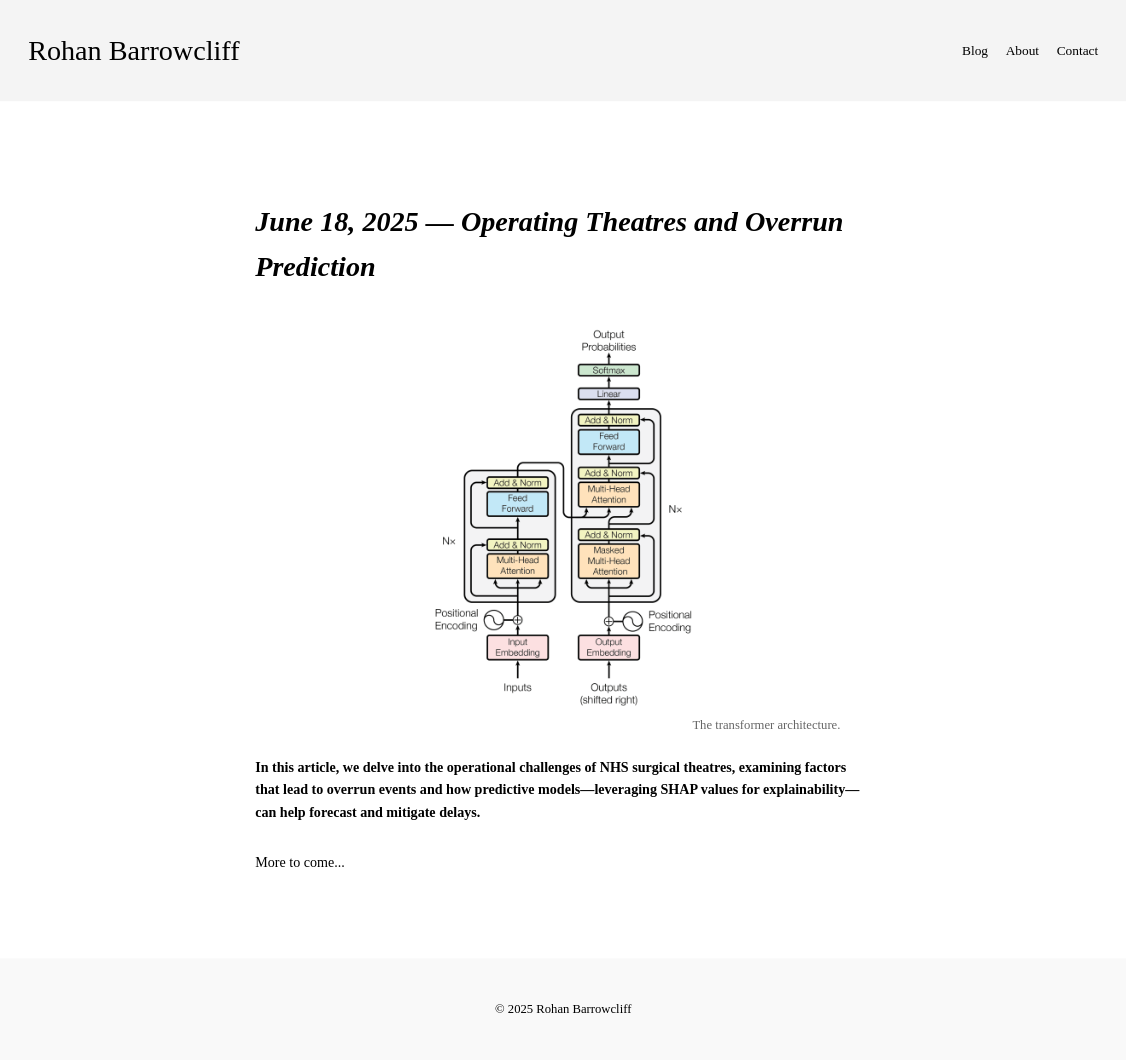
Repository: rgbweston/rgbweston.github.io
Page: operating-theatres-overrun-prediction.html
The author's editor kept a copy of each file at every save. The page is drawn from the files as they stood at one save, then again after the next save.
The browser window is 1280 px wide. The pictures show the whole page, at 88% of full size.

Above is the page before, as saved 2025-06-26 13:07:08.

After the next save:
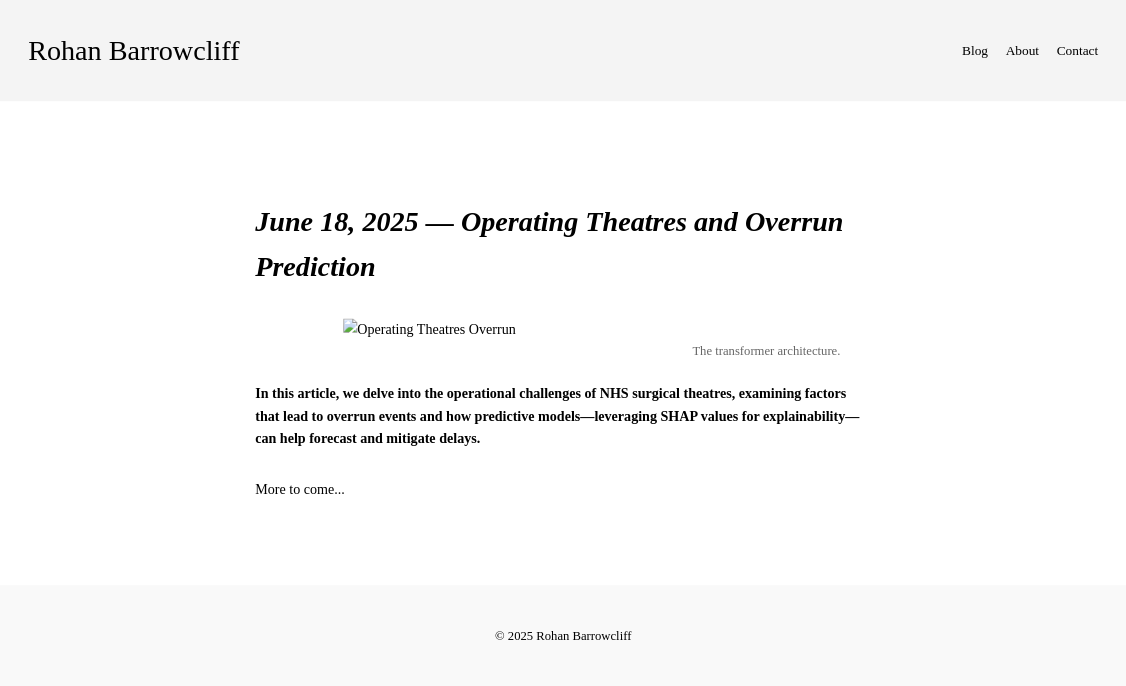
Not found: theatre_room.jpeg
Saved 3 min 25 s later.
--- a/operating-theatres-overrun-prediction.html
+++ b/operating-theatres-overrun-prediction.html
@@ -39,7 +39,7 @@
         June 18, 2025 — Operating Theatres and Overrun Prediction
       </h1>
 
-      <img src="transformer.webp"
+      <img src="theatre_room.jpeg"
            alt="Operating Theatres Overrun"
            class="post-image large article-image" />
       <p class="image-caption">The transformer architecture.</p>
